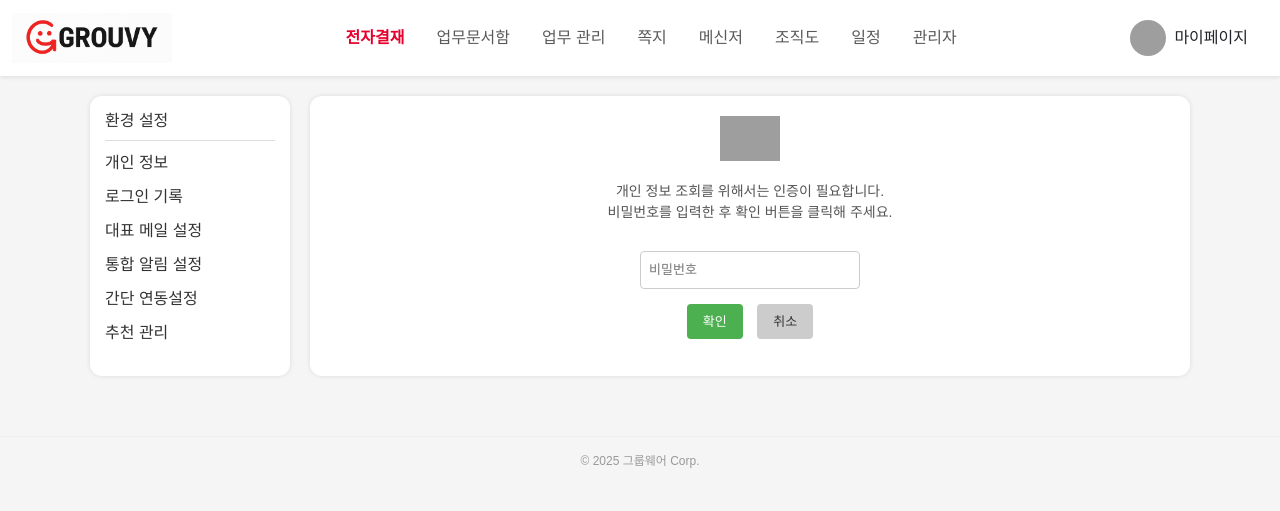
Repository: hyunbin7664/web-java-workspace
Page: groupware/src/main/webapp/mypage.html
An editor plug-in stored every save of this project. The page is shown before and after the next save, followed by the edit.
The browser window is 1280 px wide. The pictures show the whole page.
Pictures or frames that could not be fetched are drawn as grey boxes.

Above is the page before, as saved 2025-07-08 05:47:43.

After the next save:
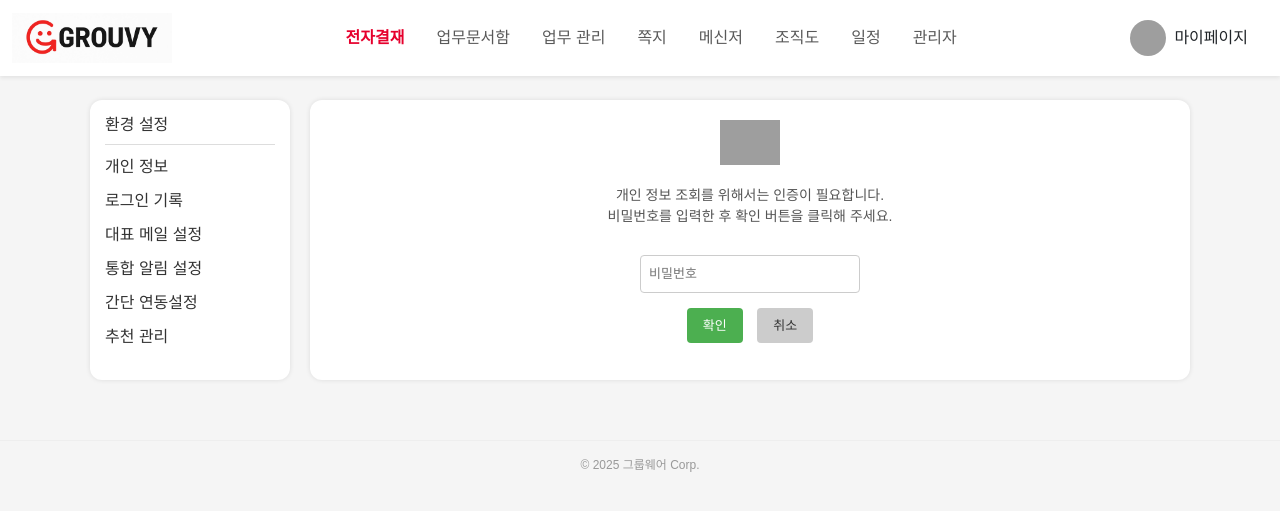
Saved 53 min 24 s later.
--- a/groupware/src/main/webapp/mypage.html
+++ b/groupware/src/main/webapp/mypage.html
@@ -12,6 +12,7 @@ body {
 	font-family: Arial, sans-serif;
 	background-color: #f5f5f5;
 	color: #333;
+	padding-top: 80px;
 }
 
 /* header {
@@ -158,7 +159,7 @@ footer {
 </head>
 <body>
 
-	<nav class="navbar navbar-expand-lg navbar-light bg-white shadow-sm">
+	<nav class="navbar navbar-expand-lg navbar-light bg-white shadow-sm fixed-top">
 		<div class="container-fluid">
 			<a class="navbar-brand d-flex align-items-center" href="index.html">
 				<span class="logo-crop">
